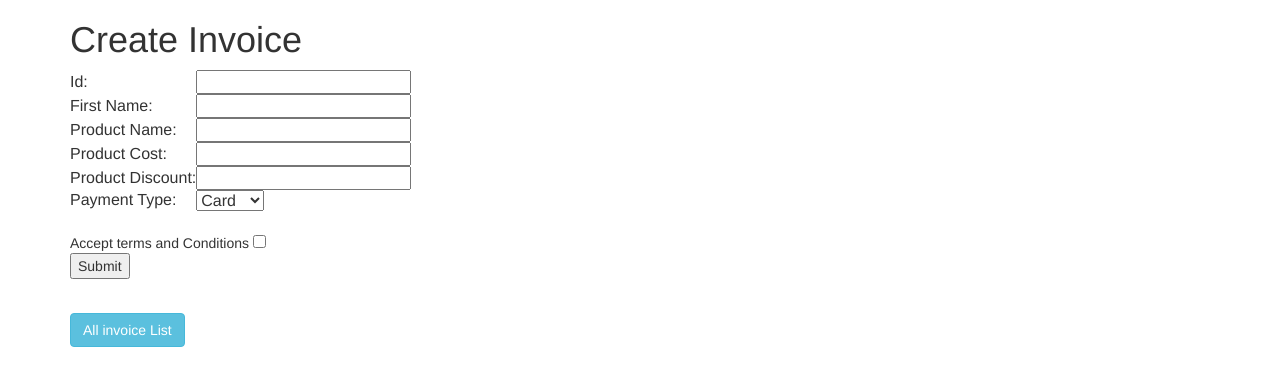
Repository: bharath309/backup
Page: http://localhost/invoice-crud-operation/
An editor plug-in stored every save of this project. The page is shown before and after the next save, followed by the edit.
The browser window is 1280 px wide. The pictures show the whole page.
The page is served by Tomcat 9.

Above is the page before, as saved 2018-03-02 17:37:47.

After the next save:
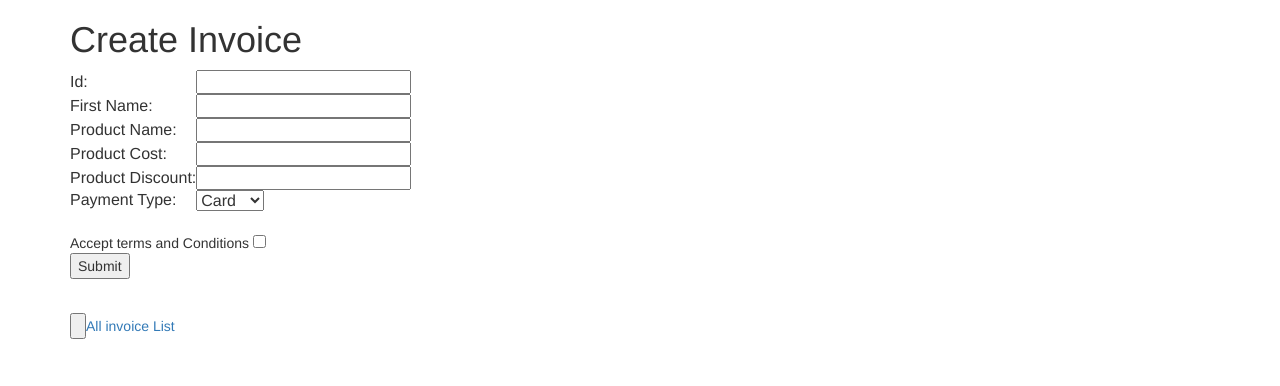
Saved 44 min 11 s later.
--- a/invoice-crud-operation/src/main/webapp/index.jsp
+++ b/invoice-crud-operation/src/main/webapp/index.jsp
@@ -52,7 +52,7 @@
 		<br>
 		<form action="allInvoiceList.jsp" method="post">
 
-			<a href="/allInvoiceList.jsp" class="btn btn-info">All invoice List</a>
+			<a href="/allInvoiceList.jsp"><input type="button""class="btn btn-info">All invoice List</a>
 
 		</form>
 	</div>

After the save that followed:
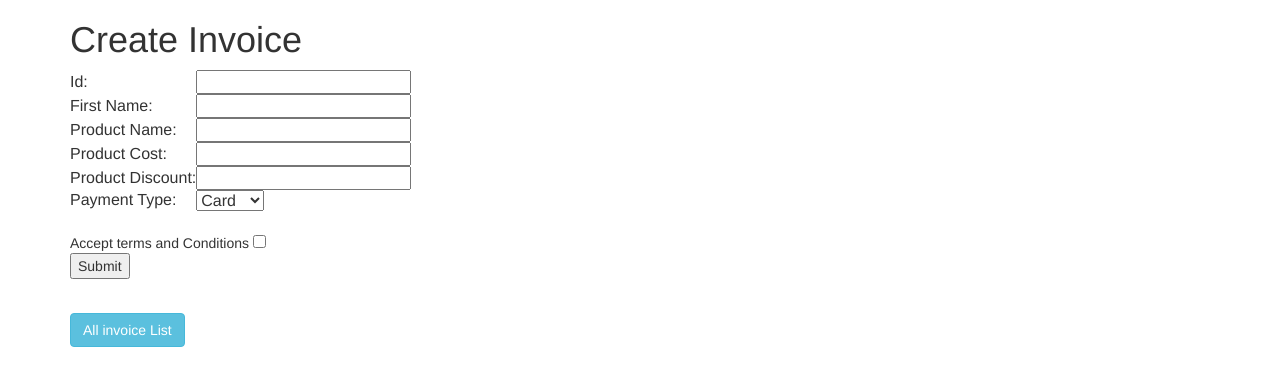
Saved 61 s later.
--- a/invoice-crud-operation/src/main/webapp/index.jsp
+++ b/invoice-crud-operation/src/main/webapp/index.jsp
@@ -50,9 +50,9 @@
 			<button type="submit">Submit</button>
 		</form>
 		<br>
-		<form action="allInvoiceList.jsp" method="post">
+		<form action="allInvoiceLis" method="post">
 
-			<a href="/allInvoiceList.jsp"><input type="button""class="btn btn-info">All invoice List</a>
+			<a href="/allInvoiceList.jsp" class="btn btn-info">All invoice List</a>
 
 		</form>
 	</div>
